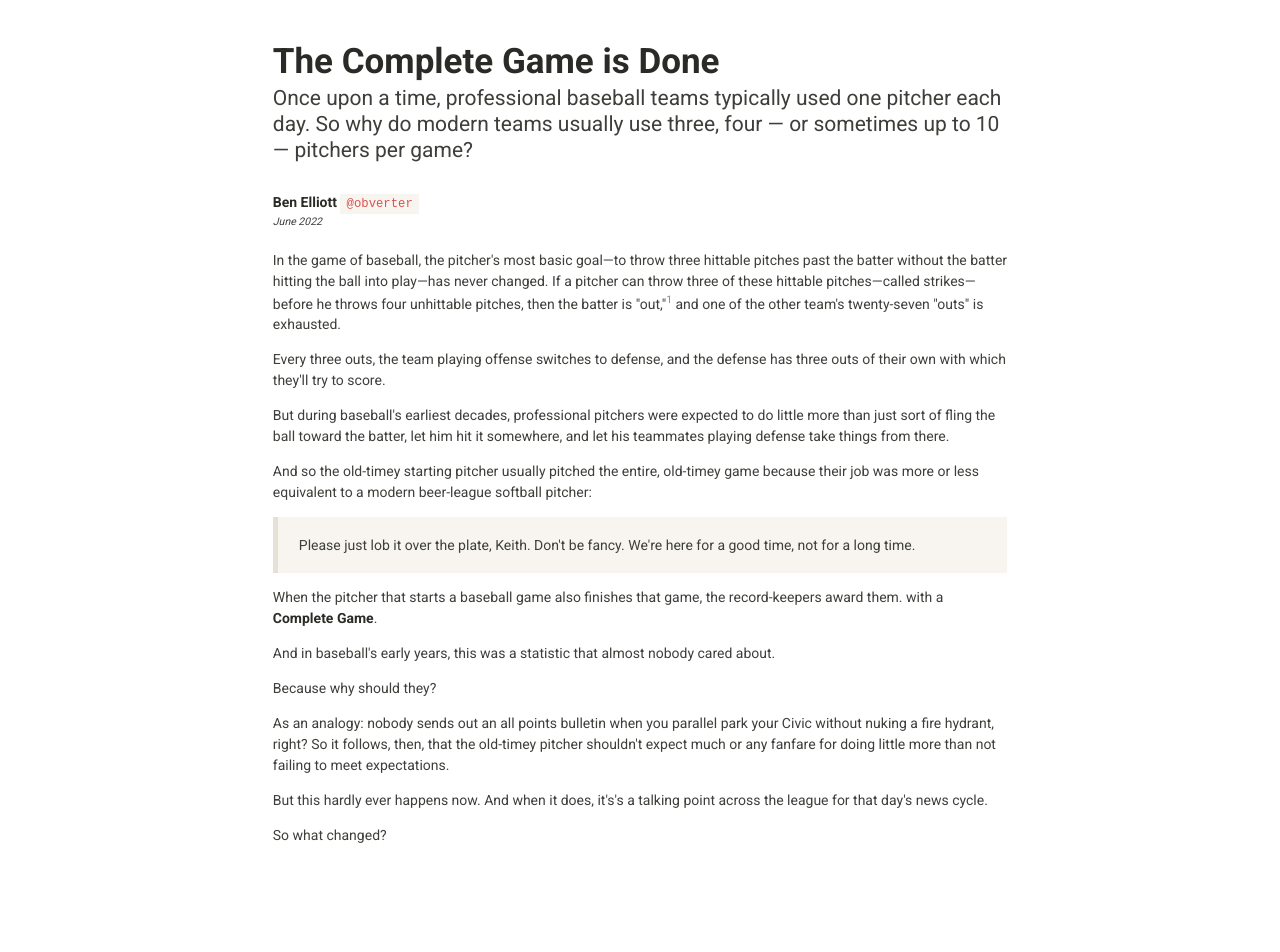
Repository: obverter/complete-games-are-done
Page: index.html
These files come from the project's save history. The page is drawn as it stood at one moment and after the next save; the edit follows.
The browser window is 1280 px wide. The pictures show the part of the page from y = 0 to 952 px (the page is 1631 px tall before and 1645 px after).
Pictures or frames that could not be fetched are drawn as grey boxes.

Above is the page before, as saved 2022-06-24 20:43:19.

After the next save:
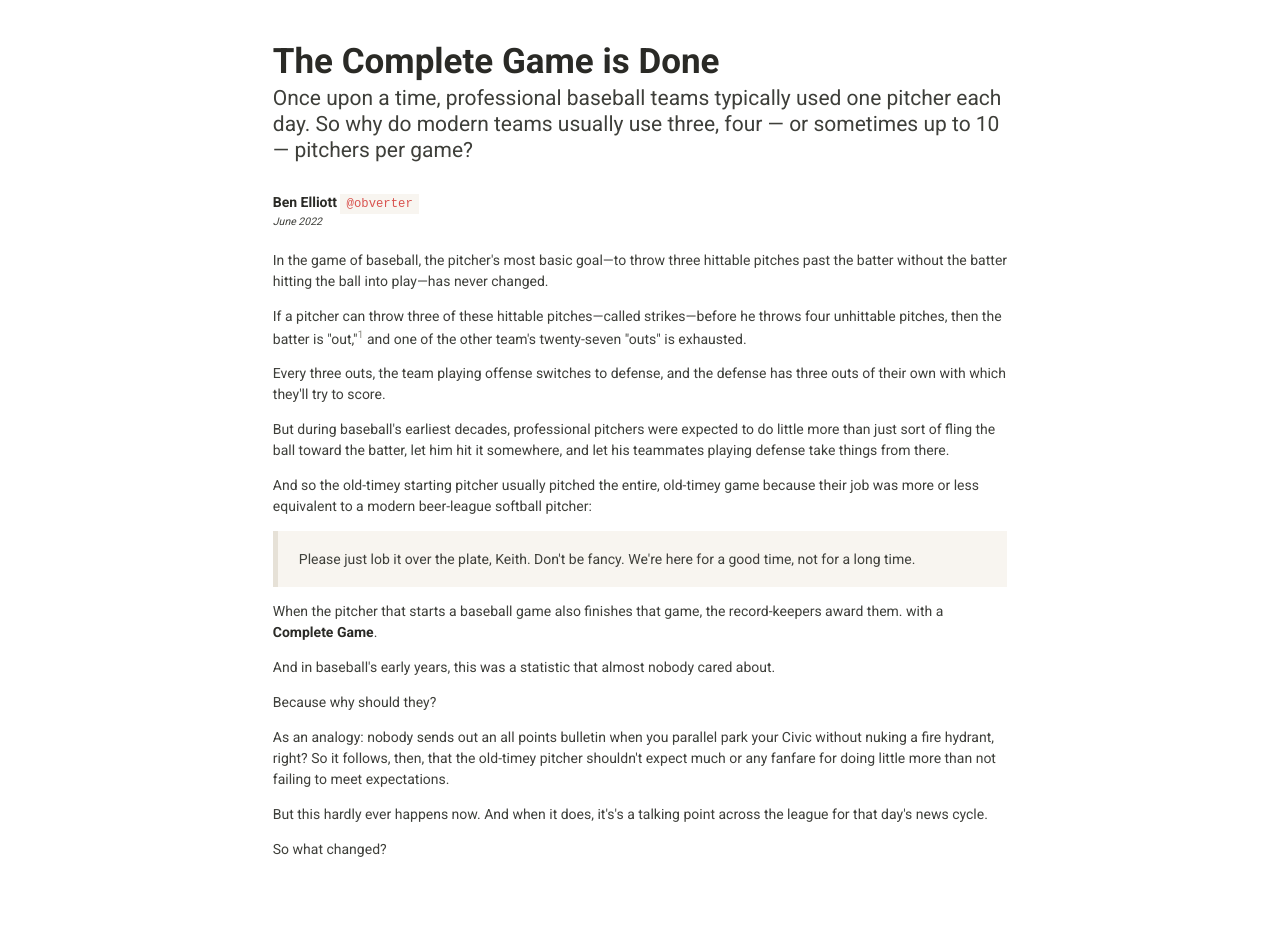
Saved 38 s later.
--- a/index.html
+++ b/index.html
@@ -36,13 +36,17 @@
                     <h6 class="subtitle is-7"><em>June 2022</em></h6>
                     <div class="content">
                         <p>
-                            In the game of baseball, the pitcher's most basic goal—to throw
-                            three hittable pitches past the batter without the
-                            batter hitting the ball into play—has never
-                            changed. If a pitcher can throw three of these
-                            hittable pitches—called strikes—before he throws
-                            four unhittable pitches, then the batter is
-                            "out,"<sup><a href="#fn1" id="ref1">1</a></sup>
+                            In the game of baseball, the pitcher's most basic
+                            goal—to throw three hittable pitches past the batter
+                            without the batter hitting the ball into play—has
+                            never changed.
+                        </p>
+                        <p>
+                            If a pitcher can throw three of these hittable
+                            pitches—called strikes—before he throws four
+                            unhittable pitches, then the batter is "out,"<sup
+                                ><a href="#fn1" id="ref1">1</a></sup
+                            >
                             and one of the other team's twenty-seven "outs" is
                             exhausted.
                         </p>
